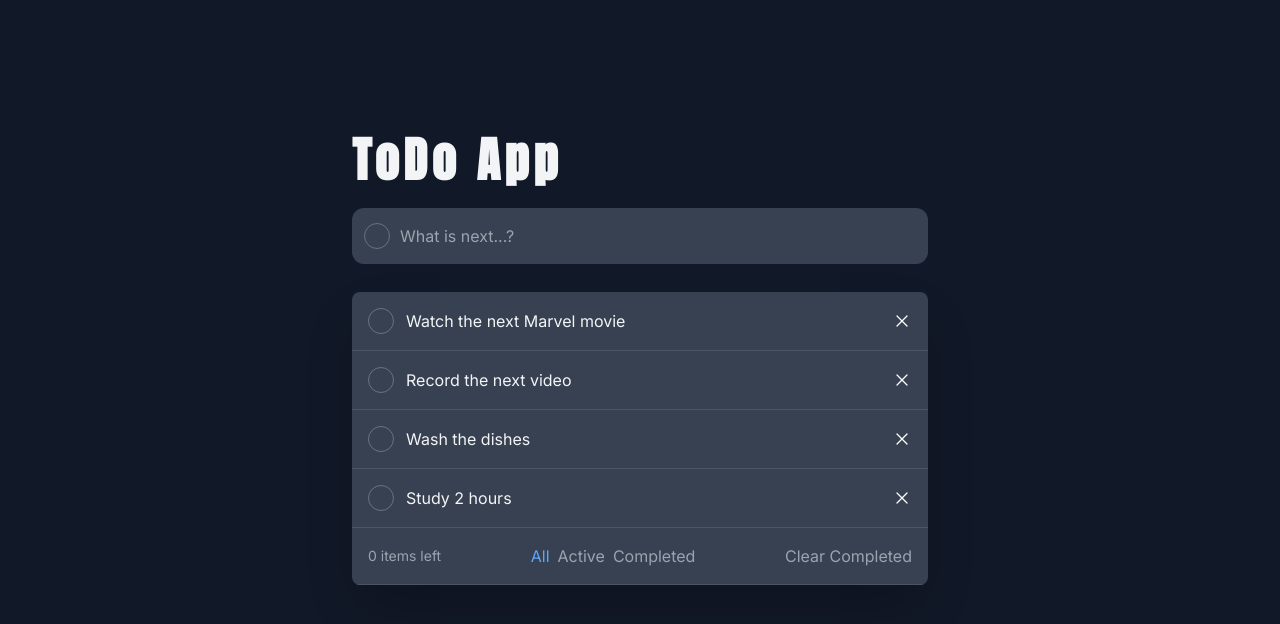
Repository: mvbri/app-todo-fullstack
Page: /
The author's editor kept a copy of each file at every save. The page is drawn from the files as they stood at one save, then again after the next save.
The browser window is 1280 px wide. The pictures show the whole page.
The project was rebuilt for these pictures with package versions that can differ from the ones it lists, and the page was loaded fresh each time. Also part of the build but not shown: src/App.css.

Above is the page before, as saved 2023-04-11 15:16:30.

After the next save:
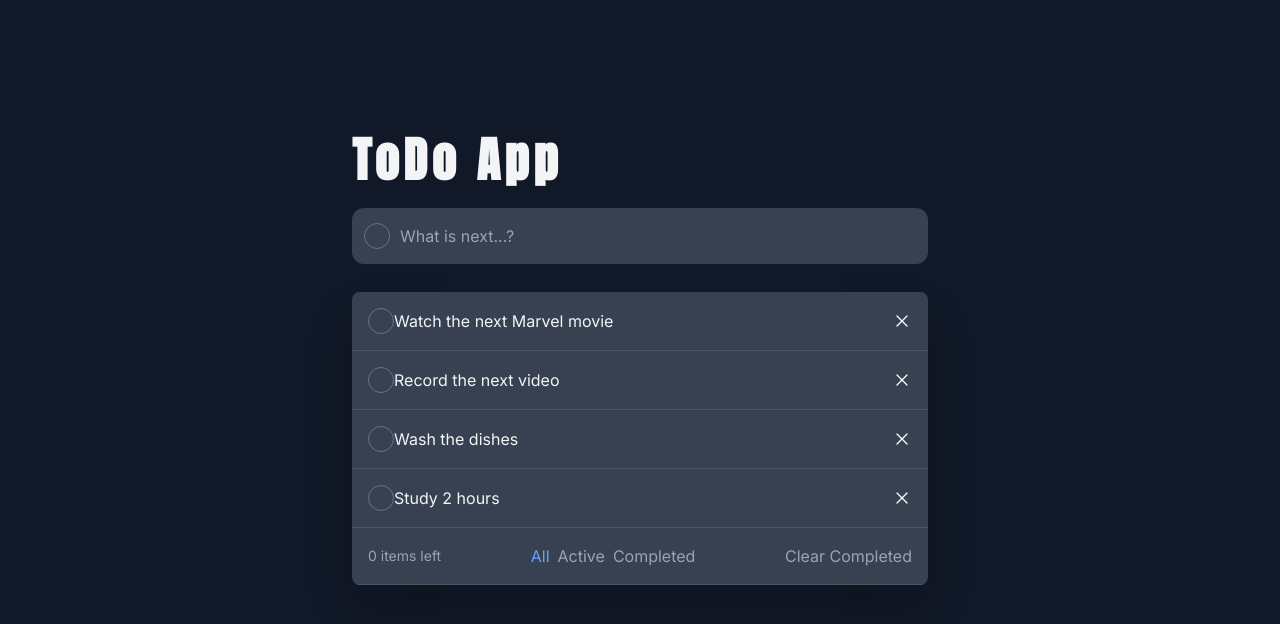
Saved 93 s later.
--- a/src/components/Todo.js
+++ b/src/components/Todo.js
@@ -13,7 +13,7 @@
 				) : (
 					<span className='border-solid border border-gray-500 rounded-full p-3 cursor-pointer'></span>
 				)}
-				<p className='pl-3'>{title}</p>
+				<p className={'pl-3' + (completed && 'line-through')}>{title}</p>
 			</div>
 			<img
 				className='h-5 w-5 cursor-pointer trasition-all duration-300 ease-in'

After the save that followed:
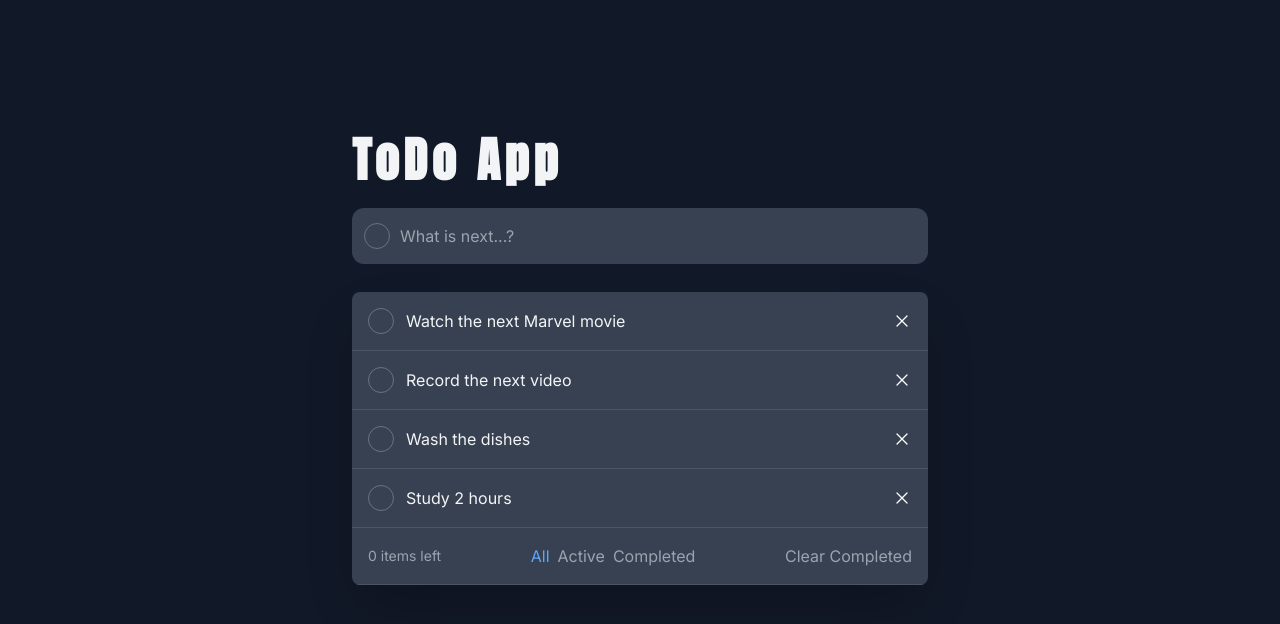
Saved 9 min 19 s later.
--- a/src/components/Todo.js
+++ b/src/components/Todo.js
@@ -13,7 +13,7 @@
 				) : (
 					<span className='border-solid border border-gray-500 rounded-full p-3 cursor-pointer'></span>
 				)}
-				<p className={'pl-3' + (completed && 'line-through')}>{title}</p>
+				<p className={'pl-3 ' + (completed && 'line-through')}>{title}</p>
 			</div>
 			<img
 				className='h-5 w-5 cursor-pointer trasition-all duration-300 ease-in'
